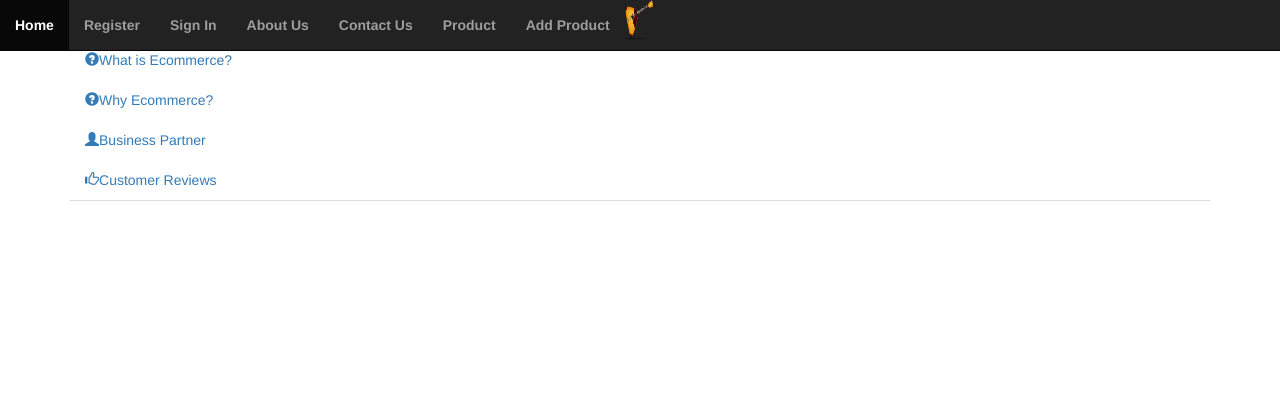
Repository: aradhana15/myFinalRepository
Page: http://localhost/music/WEB-INF/views/register.jsp
These files come from the project's save history. The page is drawn as it stood at one moment and after the next save; the edit follows.
The browser window is 1280 px wide. The pictures show the whole page.
The page is served by Tomcat 9. Nobody is signed in. The template is opened directly, without the code that normally fills it, so the values that code supplies are empty.

Above is the page before, as saved 2016-04-23 20:18:52.
Console error (its wording comes from the project's code and is left out).

After the next save:
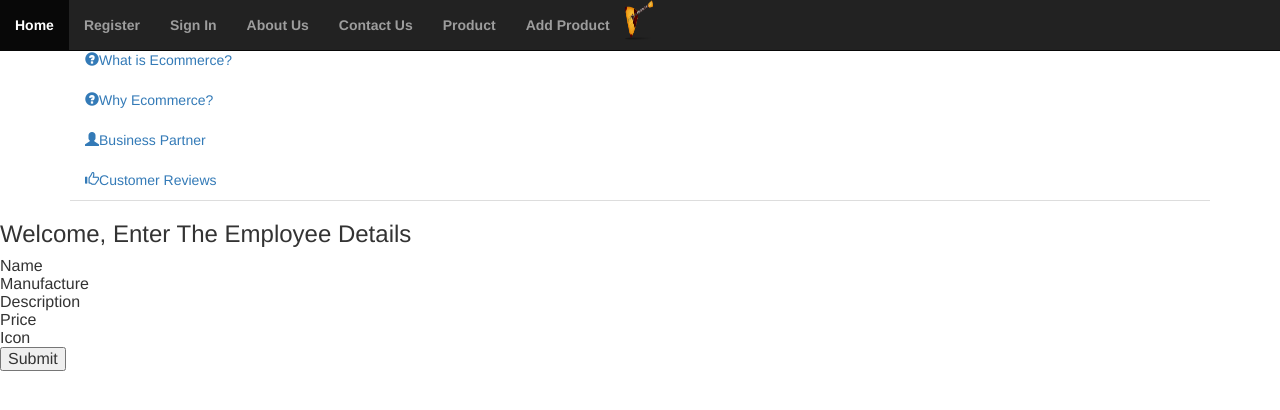
Saved 7 min 56 s later.
--- a/wwf/music/src/main/webapp/WEB-INF/views/register.jsp
+++ b/wwf/music/src/main/webapp/WEB-INF/views/register.jsp
@@ -1 +1,40 @@
-<%@include file="header.jsp" %>
+<%@include file="header.jsp"%>
+<html>
+<body>
+   <h3>Welcome, Enter The Employee Details</h3>
+        <form:form method="POST" action="addmember" modelAttribute="addmem">
+             <table>
+               <%--  <tr>
+                    <td><form:label path="id">Product Id</form:label></td>
+                    <td><form:input path="id"/></td>
+                </tr> --%>
+                <tr>
+                    <td><form:label path="cname">Name</form:label></td>
+                    <td><form:input path="cname"/></td>
+                </tr>
+                <tr>
+                    <td><form:label path="cpassword">Manufacture</form:label></td>
+                    <td><form:input path="cpassword"/></td>
+                </tr>
+                <tr>
+                    <td><form:label path="cemail">Description</form:label></td>
+                    <td><form:input path="cemail"/></td>
+                </tr>
+                <tr>
+                    <td><form:label path="cphone">Price</form:label></td>
+                    <td><form:input path="cphone"/></td>
+                </tr>
+                 <tr>
+                    <td><form:label path="caddress">Icon</form:label></td>
+                    <td><form:input path="caddress"/></td>
+                </tr>
+                 <tr>
+                    <td><input type="submit" value="Submit"/></td>
+                </tr>
+            </table>
+        </form:form>
+
+
+</body>
+
+</html>
